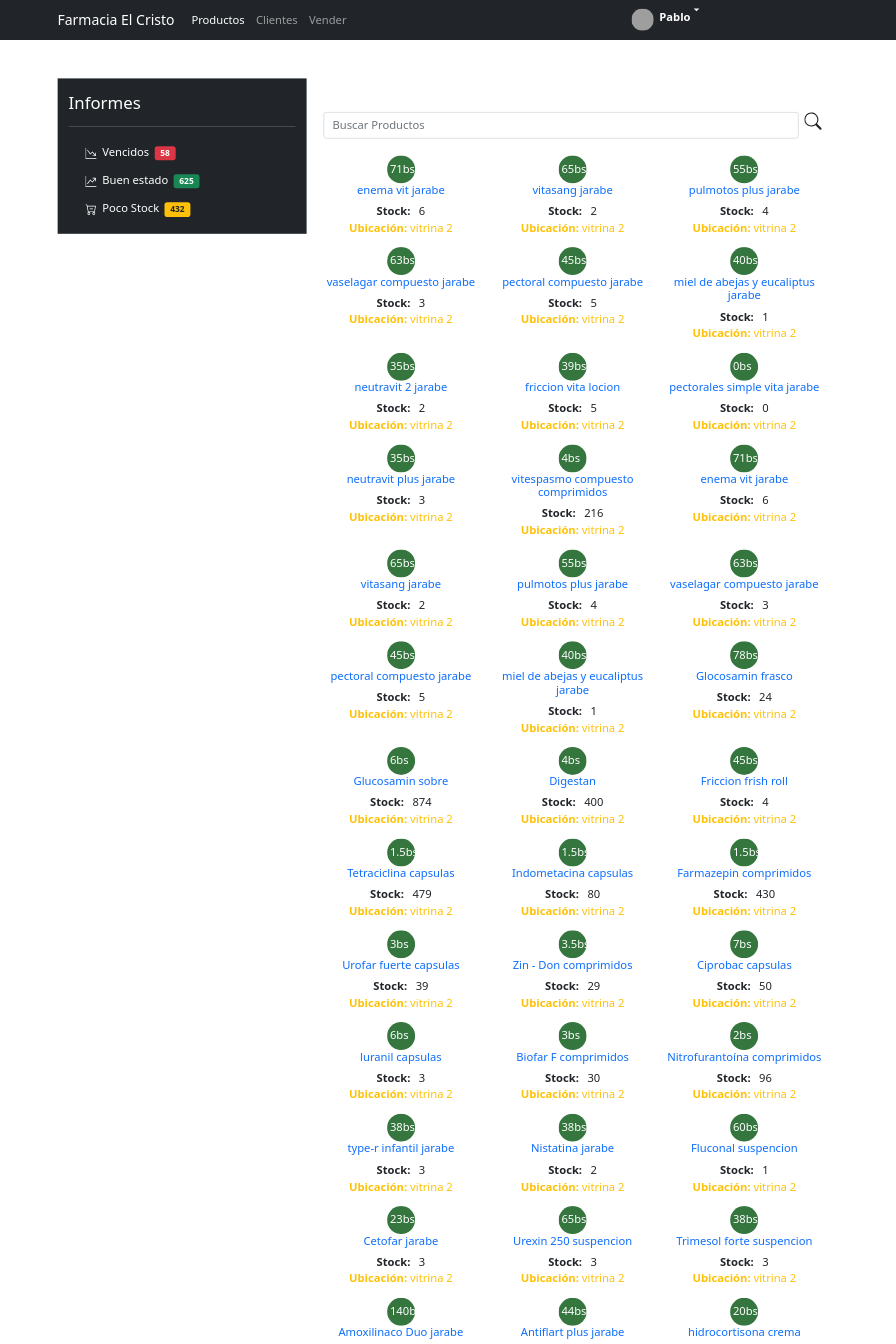
Repository: covales/farmacia
Page: /
An editor plug-in stored every save of this project. The page is shown before and after the next save, followed by the edit.
The browser window is 1280 px wide. The pictures show the part of the page from y = 0 to 1920 px (the page is 36407 px tall), at 70% of full size.
Pictures or frames that could not be fetched are drawn as grey boxes. The project was rebuilt for these pictures with package versions that can differ from the ones it lists, and the page was loaded fresh each time. Also part of the build but not shown: src/components/header/Header.jsx, src/components/product/ListProductVencidos.jsx, src/components/product/ListProductGood.jsx, src/components/product/ListProductLowStock.jsx, src/components/product/ProductSale.jsx, src/clientes/ListClient.jsx, src/components/product/Product.jsx.

Above is the page before, as saved 2022-01-23 13:18:28.

### public/index.html
<!DOCTYPE html>
<html lang="es">

<head>
  <meta charset="utf-8" />
  <link rel="icon" href="%PUBLIC_URL%/favicon.ico" />
  <meta name="viewport" content="width=device-width, initial-scale=1" />
  <meta name="theme-color" content="#000000" />
  <meta name="description" content="Web site created using create-react-app" />
  <link rel="apple-touch-icon" href="%PUBLIC_URL%/logo192.png" />

  <link rel="manifest" href="%PUBLIC_URL%/manifest.json" />

  <title>Farmacia</title>
  <link href="https://cdn.jsdelivr.net/npm/bootstrap@5.1.3/dist/css/bootstrap.min.css" rel="stylesheet"
    integrity="sha384-1BmE4kWBq78iYhFldvKuhfTAU6auU8tT94WrHftjDbrCEXSU1oBoqyl2QvZ6jIW3" crossorigin="anonymous">
  <script src="https://cdn.jsdelivr.net/npm/bootstrap@5.1.3/dist/js/bootstrap.bundle.min.js"
    integrity="sha384-ka7Sk0Gln4gmtz2MlQnikT1wXgYsOg+OMhuP+IlRH9sENBO0LRn5q+8nbTov4+1p"
    crossorigin="anonymous"></script>
</head>

<body>

  <div id="root"></div>

</body>

</html>

### src/index.js
import React from 'react';
import ReactDOM from 'react-dom';
import App from './App';


ReactDOM.render(

    <App/>,

  document.getElementById('root')
);

### src/App.js
import Home from './pages/Home';
import { BrowserRouter as Router, Routes, Route } from "react-router-dom";
import ListProductVencidos from './components/product/ListProductVencidos';
import ListProductGood from './components/product/ListProductGood';
import ListProductLowStock from './components/product/ListProductLowStock';
import ProductSale from './components/product/ProductSale';
import ListClient from './clientes/ListClient';
import Product from './components/product/Product';

function App() {
  return (
    <Router>

        <Routes>
          <Route exact path="/" element={<Home />}/>
          <Route exact path="vencidos" element={<ListProductVencidos/>}/>
          <Route exact path="good" element={<ListProductGood/>}/>
          <Route exact path="lowstock" element={<ListProductLowStock/>}/>
          <Route exact path="productsale" element={<ProductSale/>}/>
          <Route exact path="productos" element={<Product/>}/>
          <Route exact path="clientes" element={<ListClient/>}/>
        </Routes>

    </Router>

  );
}

export default App;

### src/pages/Home.jsx
import React from 'react'
import styled from 'styled-components'
import AsideReport from '../components/aside/AsideReport'
import Header from '../components/header/Header'
import Navbar from '../components/navbar/Navbar'
import ListProduct from '../components/product/ListProduct'

const Home = () => {
    return (
        <>
            <Navbar></Navbar>
            <main className='container pt-5'>
                <div className="row">
                    <div className="col-md-4"><AsideReport /></div>
                    <div className="col"><ListProduct /></div>
                </div>
            </main>

        </>

    )
}

export default Home

### src/components/aside/AsideReport.jsx
import React, { useState, useEffect } from 'react'
import data from '../../data/data'
import { Link } from "react-router-dom";

const initialExpiration = () => {
    const fActual = new Date();
    const limite = data.length;
    var number = 0;
    const BusquedaVencidos = [];

    for (let index = 0; index < limite; index++) {

        const productFV = new Date(data[index].fVencimiento?.toString());

        if (productFV <= fActual) {

            BusquedaVencidos.push(data[index]);
            number = BusquedaVencidos.length;

        }

    }

    return number
}

const initialGood = () => {
    const fActual = new Date();
    const limite = data.length;
    var number = 0;
    const BusquedaBuenos = [];

    for (let index = 0; index < limite; index++) {

        const productFV = new Date(data[index].fVencimiento?.toString());

        if (productFV > fActual) {

            BusquedaBuenos.push(data[index]);
            number = BusquedaBuenos.length;

        }

    }

    return number

}

const lowStock = () => {

    var number = 0;
    const limite = data.length;
    const lowstock = [];


    for (let index = 0; index < limite; index++) {

        const productCantidad = data[index].cantidad?.toString();
        const productItem = data[index].item?.toString();
        if (productCantidad<=10){
            lowstock.push(data[index])
           // console.log(lowstock, productItem,productCantidad);
           // console.log("total" + " "+ lowstock.length )
           number=lowstock.length;
        }




    }

    return number


}


const AsideReport = () => {

    const [count, setCount] = useState(initialExpiration);
    const [countxv, setCountXV] = useState(initialGood);
    const [countstock, setCountStock] = useState(lowStock);




    return (
        <div className='sticky-top pt-5'>
            <p></p>
            <div className="d-flex flex-column flex-shrink-0 p-3 text-white bg-dark">
                <p className="d-flex align-items-center mb-3 mb-md-0 me-md-auto text-white text-decoration-none">

                    <span className="fs-4">Informes</span>
                </p>
                <hr />
                <ul className="nav nav-pills flex-column ">
                    <li className="nav-item ">
                        <Link to="/vencidos" className="nav-link text-white " aria-current="page">
                            <svg xmlns="http://www.w3.org/2000/svg" width="16" height="16" fill="currentColor" className="bi bi-graph-down-arrow mx-2" viewBox="0 0 16 16">
                                <path d="M0 0h1v15h15v1H0V0Zm10 11.5a.5.5 0 0 0 .5.5h4a.5.5 0 0 0 .5-.5v-4a.5.5 0 0 0-1 0v2.6l-3.613-4.417a.5.5 0 0 0-.74-.037L7.06 8.233 3.404 3.206a.5.5 0 0 0-.808.588l4 5.5a.5.5 0 0 0 .758.06l2.609-2.61L13.445 11H10.5a.5.5 0 0 0-.5.5Z" />
                            </svg>
                            Vencidos<span className="badge bg-danger mx-2" >{count}</span>
                        </Link>
                    </li>
                    <li>
                        <Link to="/good" className="nav-link text-white">
                            <svg xmlns="http://www.w3.org/2000/svg" width="16" height="16" fill="currentColor" className="bi bi-graph-up-arrow mx-2" viewBox="0 0 16 16">
                                <path d="M0 0h1v15h15v1H0V0Zm10 3.5a.5.5 0 0 1 .5-.5h4a.5.5 0 0 1 .5.5v4a.5.5 0 0 1-1 0V4.9l-3.613 4.417a.5.5 0 0 1-.74.037L7.06 6.767l-3.656 5.027a.5.5 0 0 1-.808-.588l4-5.5a.5.5 0 0 1 .758-.06l2.609 2.61L13.445 4H10.5a.5.5 0 0 1-.5-.5Z" />
                            </svg>
                            Buen estado<span className="badge bg-success mx-2">{countxv}</span>
                        </Link>
                    </li>
                    <li>
                        <Link to="/lowstock" className="nav-link text-white ">
                            <svg xmlns="http://www.w3.org/2000/svg" width="16" height="16" fill="currentColor" className="bi bi-cart-dash mx-2" viewBox="0 0 16 16">
                                <path d="M6.5 7a.5.5 0 0 0 0 1h4a.5.5 0 0 0 0-1h-4z" />
                                <path d="M.5 1a.5.5 0 0 0 0 1h1.11l.401 1.607 1.498 7.985A.5.5 0 0 0 4 12h1a2 2 0 1 0 0 4 2 2 0 0 0 0-4h7a2 2 0 1 0 0 4 2 2 0 0 0 0-4h1a.5.5 0 0 0 .491-.408l1.5-8A.5.5 0 0 0 14.5 3H2.89l-.405-1.621A.5.5 0 0 0 2 1H.5zm3.915 10L3.102 4h10.796l-1.313 7h-8.17zM6 14a1 1 0 1 1-2 0 1 1 0 0 1 2 0zm7 0a1 1 0 1 1-2 0 1 1 0 0 1 2 0z" />
                            </svg>
                            Poco Stock<span className="badge bg-warning text-dark mx-2">{countstock}</span>
                        </Link>
                    </li>
                </ul>
            </div>

        </div>
    )
}

export default AsideReport

### src/components/navbar/Navbar.jsx
import React from 'react'
import Search from '../search/Search'
import { Link } from "react-router-dom";
import FormAddProduct from '../product/FormAddProduct';

const Navbar = (props) => {
    return (

        <div className='container'>
            <nav className="navbar navbar-expand-md navbar-dark  fixed-top bg-dark ">
                <div className="container ">
                    <Link className="navbar-brand" to="/">Farmacia El Cristo</Link>
                    <button className="navbar-toggler" type="button" data-bs-toggle="collapse" data-bs-target="#navbarCollapse" aria-controls="navbarCollapse" aria-expanded="false" aria-label="Toggle navigation">
                        <span className="navbar-toggler-icon"></span>
                    </button>
                    <div className="collapse navbar-collapse" id="navbarCollapse">
                        <ul className="navbar-nav me-auto mb-2 mb-md-0 ">
                            <li className="nav-item ">
                                <Link className="nav-link active" aria-current="page" to="/productos">Productos</Link>
                            </li>
                            <li className="nav-item">
                                <Link className="nav-link" to="/clientes">Clientes</Link>
                            </li>
                            <li className="nav-item">
                                <Link className="nav-link " to='/productsale'>Vender</Link>
                            </li>
                        </ul>
                        <div className="dropdown mx-auto">
                            <a href="#" className="d-flex text-white text-decoration-none dropdown-toggle" id="dropdownUser1" data-bs-toggle="dropdown" aria-expanded="false">
                                <img src="https://github.com/mdo.png" alt="" width="32" height="32" className="rounded-circle me-2" />
                                <strong>Pablo</strong>
                            </a>
                            <ul className="dropdown-menu dropdown-menu-dark text-small shadow" aria-labelledby="dropdownUser1">
                                <li><a className="dropdown-item" data-bs-toggle="modal" data-bs-target="#exampleModal">Registrar Producto</a></li>
                                <li><a className="dropdown-item" href="#">Registrar Vendedor</a></li>
                                <li><a className="dropdown-item" href="#">Registrar Cliente</a></li>
                                <li><hr className="dropdown-divider" /></li>
                                <li><a className="dropdown-item" href="#">Salir</a></li>
                            </ul>
                        </div>
                    </div>
                </div>
            </nav>
            <div className="modal fade" id="exampleModal"  aria-labelledby="exampleModalLabel" aria-hidden="true">
                <div className="modal-dialog modal-lg">
                    <div className="modal-content">
                        <div className="modal-header">
                            <h5 className="modal-title" id="exampleModalLabel">Registrar productos</h5>
                            <button type="button" className="btn-close" data-bs-dismiss="modal" aria-label="Close"></button>
                        </div>
                        <div className="modal-body">
                            <FormAddProduct></FormAddProduct>
                        </div>
                    </div>
                </div>
            </div>
        </div>

    )
}

export default Navbar

### src/components/product/ListProduct.jsx
import React, { useState, useEffect } from 'react'
import data from '../../data/data'
import Search from '../search/Search'





const ListProduct = () => {

    const [productos, setProductos] = useState([]);
    const [productsearch, setProductsearch] = useState([]);

    const getProductos = async () => {

        setProductos(data);
        setProductsearch(data);

    }

    const filtrar = (terminoBusqueda) => {

        const resultadoBusqueda = [];
        const limite = productsearch.length;

        for (let index = 0; index < limite; index++) {
            const nombreProducto = productsearch[index].medicamentoPresentacion?.toLowerCase();
            //console.log(nombreProducto);
            const patt = new RegExp(terminoBusqueda);
            const res = patt.test(nombreProducto);

            if (res) {
                resultadoBusqueda.push(productsearch[index])
            }
        }


        setProductos(resultadoBusqueda);

    }

    useEffect(() => {
        getProductos();
    }, [])


    return (

        <div className='row pt-5'>
            <div className='row sticky-top pt-5' >
                <div className='col-12'>
                    <p></p>
                <Search filtro={filtrar} />
                </div>

            </div>


            <div className="row pt-4">
                {productos && productos.map((producto) => {

                    return (
                        <div className="col-4 text-center" key={producto.item}>
                            <svg className="bd-placeholder-img rounded-circle" width="40" height="40" role="img" preserveAspectRatio="xMidYMid slice" focusable="false"><rect width="100%" height="100%" fill="#35753e" /><text x="10%" y="50%" fill="#fff" dy=".3em">{producto.pVenta}bs</text></svg>
                            <h6 className='text-primary '>{producto.medicamentoPresentacion}</h6>
                            <p ><b className='me-2'>Stock:</b> {producto.cantidad}<br />
                                <span className='text-warning bg-dar'> <b> Ubicación:</b> {producto.ubicacion}</span>
                            </p>

                        </div>

                    );
                })}

            </div>

        </div>
    )
}

export default ListProduct

### src/components/search/Search.jsx
import React, { useState } from 'react'


const Search = (props) => {

    const [busqueda, setbusqueda] = useState("");

    const handleChange = (e) => {
        e.preventDefault();
        const cadena = e.target.value?.toLowerCase();
        setbusqueda(e.target.value);
        props.filtro(cadena);
        // console.log("busqueda: " + cadena);

    }

    return (

        <form className="d-flex">
            <input className="form-control me-2" type="search" placeholder="Buscar Productos" aria-label="Search" value={busqueda} onChange={handleChange} />
            <svg  width="26" height="26" fill="currentColor" className="bi bi-search" viewBox="0 0 16 16">
                <path d="M11.742 10.344a6.5 6.5 0 1 0-1.397 1.398h-.001c.03.04.062.078.098.115l3.85 3.85a1 1 0 0 0 1.415-1.414l-3.85-3.85a1.007 1.007 0 0 0-.115-.1zM12 6.5a5.5 5.5 0 1 1-11 0 5.5 5.5 0 0 1 11 0z" />
            </svg>
        </form>

    )
}

export default Search

### src/components/product/FormAddProduct.jsx
import React, { useState } from 'react'
import { addDoc, collection } from "firebase/firestore"
import db from "../../data/firebaseConfig"

const initialStateValues = {
    nombreProducto: '',
    presentacion: '',
    laboratorio: '',
    stock: '',
    fCompra: '',
    fVencimiento: '', //FECHA DE VENCIMIENTO
    pCompra: '',
    pVenta: '',  //PRECIO DE VENTA
    modoVenta: '',
    ubicacion: '',

}

const FormAddProduct = () => {

    const [producto, setProducto] = useState([initialStateValues]);

    const handleInputChange = e => {
        const { id, value } = e.target;
        setProducto({ ...producto, [id]: value });
        //console.log(addProducto);
    }

    const registrarProducto = async (objProducto) => {
        //console.log(objProducto);
        await addDoc(collection(db, "productos"), objProducto);
        console.log("registro exitoso");
    }

    const handleSubmit = e => {

        registrarProducto(producto);
        setProducto({ ...initialStateValues });
    }

    return (

        <div>
            <div className="mb-2 row">
                <label htmlFor="nombreProducto" className="col-sm-5 col-form-label col-form-label-sm">Nombre del producto</label>
                <div className="col-sm-5">
                    <input
                        type="text"
                        className="form-control form-control-sm"
                        id="nombreProducto"
                        onChange={handleInputChange}
                        value={producto.nombreProducto}
                    />
                </div>
            </div>
            <div className="mb-2 row">
                <label htmlFor="presentacion" className="col-sm-5 col-form-label col-form-label-sm">Presentacion</label>
                <div className="col-sm-5">
                    <input
                        type="text"
                        className="form-control form-control-sm"
                        id="presentacion"
                        onChange={handleInputChange}
                        value={producto.presentacion}
                    />
                </div>
            </div>
            <div className="mb-2 row">
                <label htmlFor="laboratorio" className="col-sm-5 col-form-label col-form-label-sm">Laboratorio</label>
                <div className="col-sm-5">
                    <input
                    type="text"
                    className="form-control form-control-sm"
                    id="laboratorio"
                    onChange={handleInputChange}
                    value={producto.laboratorio}
                    />
                </div>
            </div>
            <div className="mb-2 row">
                <label htmlFor="stock" className="col-sm-5 col-form-label col-form-label-sm">Stock</label>
                <div className="col-sm-5">
                    <input
                    type="number"
                    className="form-control form-control-sm"
                    id="stock"
                    onChange={handleInputChange}
                    value={producto.stock}
                    />
                </div>
            </div>
            <div className="mb-2 row">
                <label htmlFor="fCompra" className="col-sm-5 col-form-label col-form-label-sm">Fecha de compra</label>
                <div className="col-sm-5">
                    <input
                    type="date"
                    className="form-control form-control-sm"
                    id="fCompra"
                    onChange={handleInputChange}
                    value={producto.fCompra}
                    />
                </div>
            </div>
            <div className="mb-2 row">
                <label htmlFor="fVencimiento" className="col-sm-5 col-form-label col-form-label-sm">Fecha de vencimiento</label>
                <div className="col-sm-5">
                    <input
                    type="date"
                    className="form-control form-control-sm"
                    id="fVencimiento"
                    onChange={handleInputChange}
                    value={producto.fVencimiento}
                    />
                </div>
            </div>
            <div className="mb-2 row">
                <label htmlFor="pCompra" className="col-sm-5 col-form-label col-form-label-sm">Precio de compra</label>
                <div className="col-sm-5">
                    <input
                    type="number"
                    className="form-control form-control-sm"
                    id="pCompra"
                    onChange={handleInputChange}
                    value={producto.pCompra}
                    />
                </div>
            </div>
            <div className="mb-2 row">
                <label htmlFor="pVenta" className="col-sm-5 col-form-label col-form-label-sm">Precio de venta</label>
                <div className="col-sm-5">
                    <input
                    type="number"
                    className="form-control form-control-sm"
                    id="pVenta"
                    onChange={handleInputChange}
                    value={producto.pVenta}
                    />
                </div>
            </div>
            <div className="mb-2 row">
                <label htmlFor="modoVenta" className="col-sm-5 col-form-label col-form-label-sm">Modo de venta</label>
                <div className="col-sm-5">
                    <input
                    type="text"
                    className="form-control form-control-sm"
                    id="modoVenta"
                    onChange={handleInputChange}
                    value={producto.modoVenta}
                    />
                </div>
            </div>

            <div className="mb-2 row">
                <label htmlFor="ubicacion" className="col-sm-5 col-form-label col-form-label-sm">Ubicación</label>
                <div className="col-sm-5">
                    <input
                    type="text"
                    className="form-control form-control-sm"
                    id="ubicacion"
                    onChange={handleInputChange}
                    value={producto.ubicacion}
                    />
                </div>
            </div>
            <div className="modal-footer">
                <button type="button" className="btn btn-danger" data-bs-dismiss="modal">Cerrar</button>
                <button type="button" className="btn btn-success" onClick={handleSubmit}>Guardar</button>
            </div>
        </div>


    )
}

export default FormAddProduct

### src/data/firebaseConfig.js
import { initializeApp } from "firebase/app";
import{getFirestore} from "firebase/firestore";

const firebaseConfig = {
  apiKey: "AIzaSyA7HZ3krdNQi9LFzOJQ3K1FJDfejUxA9VE",
  authDomain: "farmaciaelcristo-3b008.firebaseapp.com",
  projectId: "farmaciaelcristo-3b008",
  storageBucket: "farmaciaelcristo-3b008.appspot.com",
  messagingSenderId: "828510295468",
  appId: "1:828510295468:web:bc866a5a4cdb1b1b821609"
};


const app = initializeApp(firebaseConfig);
const db = getFirestore(app);

export default db;

Loaded but not shown: src/data/data.js (library)

After the next save:
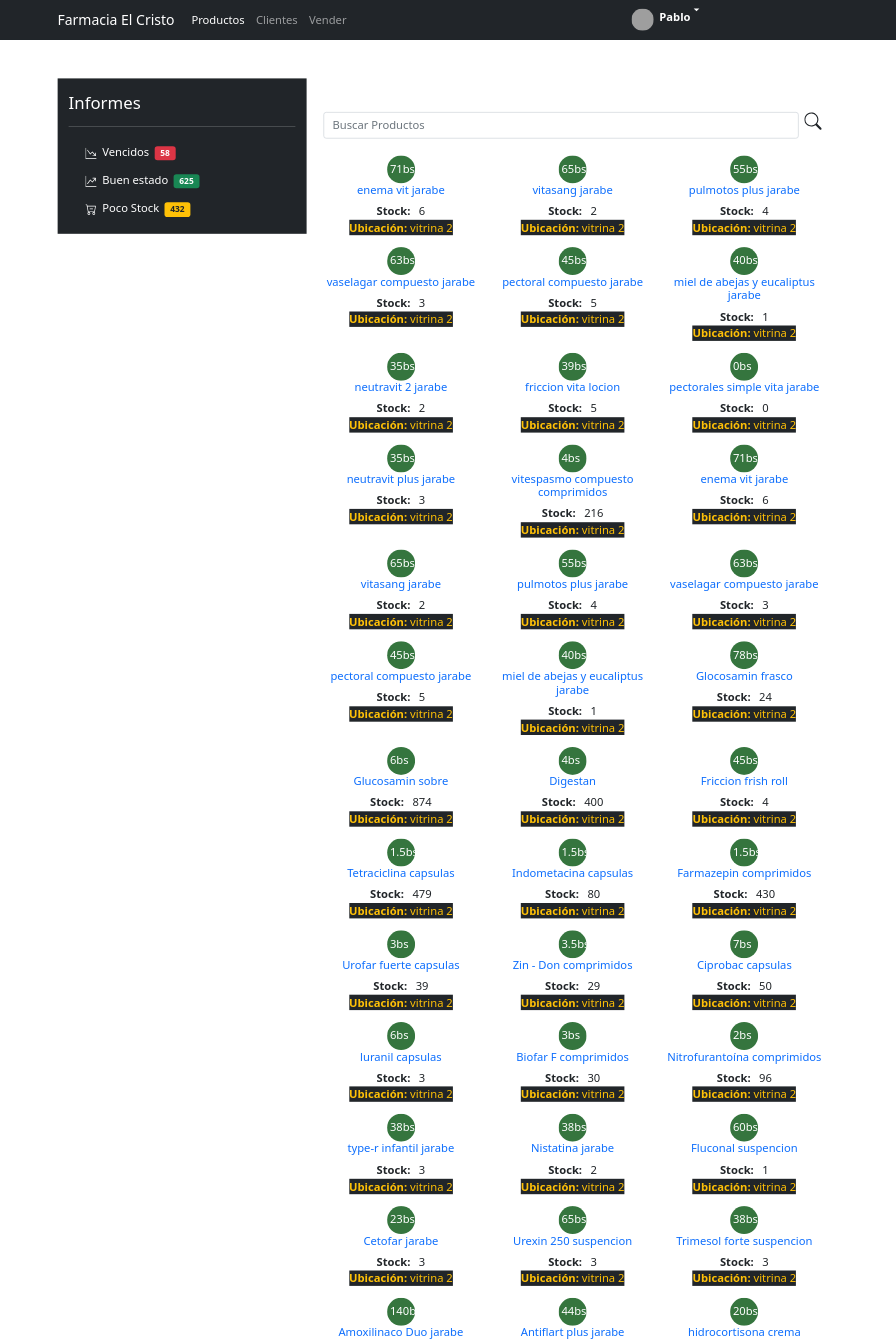
Saved 5 s later.
--- a/src/components/product/ListProduct.jsx
+++ b/src/components/product/ListProduct.jsx
@@ -64,7 +64,7 @@ const ListProduct = () => {
                             <svg className="bd-placeholder-img rounded-circle" width="40" height="40" role="img" preserveAspectRatio="xMidYMid slice" focusable="false"><rect width="100%" height="100%" fill="#35753e" /><text x="10%" y="50%" fill="#fff" dy=".3em">{producto.pVenta}bs</text></svg>
                             <h6 className='text-primary '>{producto.medicamentoPresentacion}</h6>
                             <p ><b className='me-2'>Stock:</b> {producto.cantidad}<br />
-                                <span className='text-warning bg-dar'> <b> Ubicación:</b> {producto.ubicacion}</span>
+                                <span className='text-warning bg-dark'> <b> Ubicación:</b> {producto.ubicacion}</span>
                             </p>
 
                         </div>
